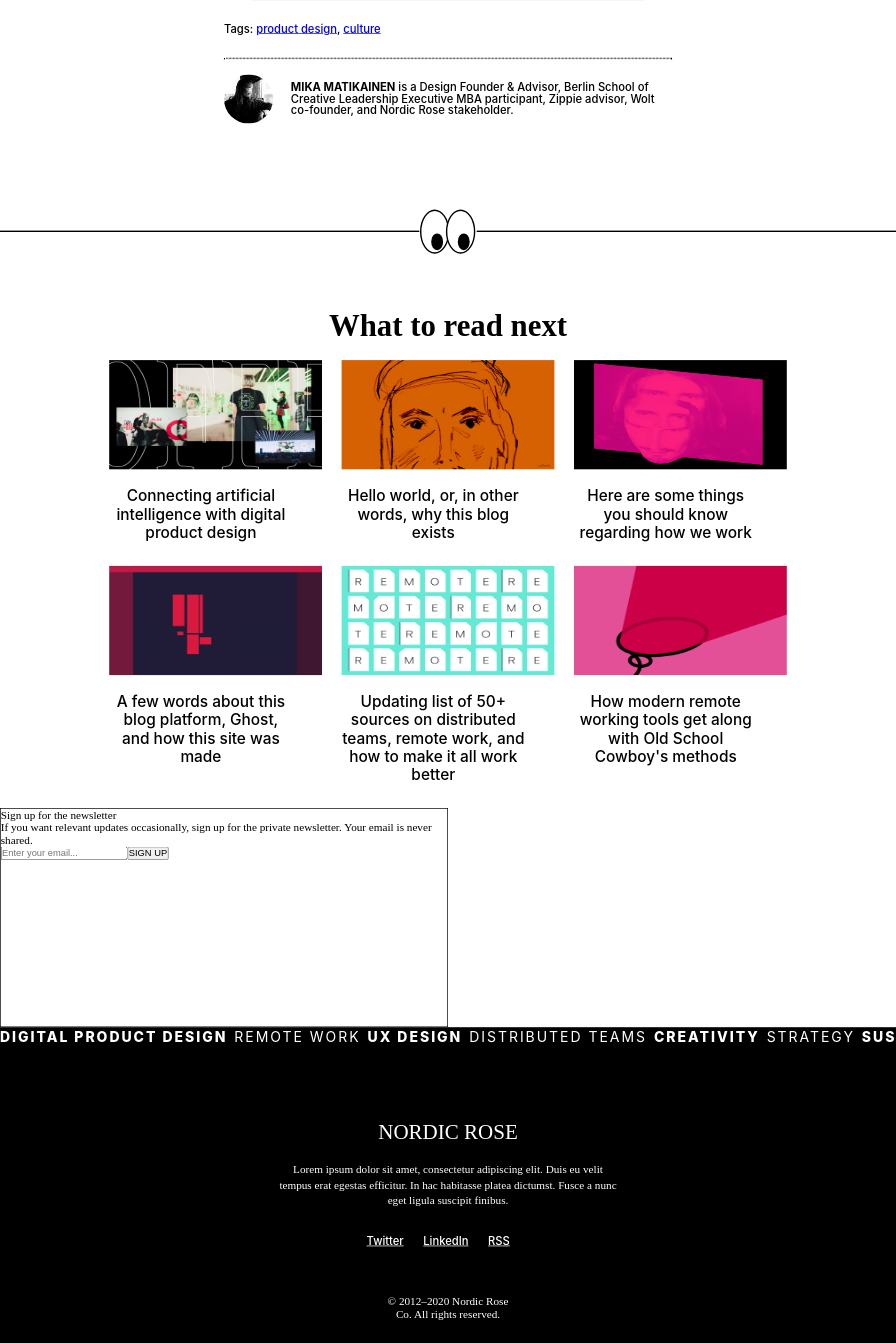
Repository: ThuTrang-jvb/JVB-BT1
Page: Page 3/article.html
These files come from the project's save history. The page is drawn as it stood at one moment and after the next save; the edit follows.
The browser window is 1280 px wide. The pictures show the part of the page from y = 3638 to 5558 px (the page is 5557 px tall before and 5558 px after), at 70% of full size.

Above is the page before, as saved 2025-06-30 10:08:11.

### Page 3/article.html
<!DOCTYPE html>
<html lang="en">
<head>
    <meta charset="UTF-8">
    <meta name="viewport" content="width=device-width, initial-scale=1.0">
    <link rel="stylesheet" href="styleArticle.css">
    <link href="https://fonts.googleapis.com/css2?family=Playfair+Display&display=swap" rel="stylesheet">
    <title>Article</title>
</head>
<body>
    <div class="header">
        <h1>NORDIC ROSE</h1>
        <div class="nav">
            <p class="active">blog</p>
            <p>about</p>
            <p>links</p>
            <p>projects</p>
        </div>
        <div class="hamburger">
            <span></span>
            <span></span>
            <span></span>
        </div>
    </div>
    <hr>
    <div class="main">
        <div class="title">
            <h1>A few words about this blog platform, Ghost, and how this site was made</h1>
            <p>Why Ghost (& Figma) instead of Medium, <br> WordPress or other options?</p>
            <img src="image/image 2.png" alt="image 2">
            <hr>
        </div>
        <div class="status">
            <div class="status_img">
                <img src="image/anh_nen.png" alt="image 3">
                <div class="status_text">
                    <p class="bold_p">Mika MAtikainen</p>
                    <p>Apr 15, 2020 · 4 min read</p>
                </div>

            </div>

            <div class="share-buttons">
                <button class="share-btn" aria-label="Share on Facebook">
                    <svg width="18" height="18" viewBox="0 0 24 24" fill="#000" xmlns="http://www.w3.org/2000/svg">
                    <path d="M22 12.07C22 6.48 17.52 2 12 2S2 6.48 2 12.07c0 5 3.66 9.13 8.44 9.93v-7.03h-2.54v-2.9h2.54V9.41c0-2.5 1.49-3.89 3.77-3.89 1.09 0 2.24.2 2.24.2v2.46h-1.26c-1.24 0-1.63.77-1.63 1.56v1.87h2.78l-.44 2.9h-2.34v7.03C18.34 21.2 22 17.07 22 12.07z"/>
                    </svg>
                </button>
                <button class="share-btn" aria-label="Share on Twitter">
                    <svg width="18" height="18" viewBox="0 0 24 24" fill="#000" xmlns="http://www.w3.org/2000/svg">
                    <path d="M22.46 6c-.77.35-1.6.58-2.46.69a4.28 4.28 0 0 0 1.88-2.36 8.56 8.56 0 0 1-2.71 1.04 4.26 4.26 0 0 0-7.26 3.88 12.09 12.09 0 0 1-8.77-4.45 4.26 4.26 0 0 0 1.32 5.69 4.23 4.23 0 0 1-1.93-.53v.05a4.26 4.26 0 0 0 3.42 4.17 4.29 4.29 0 0 1-1.92.07 4.26 4.26 0 0 0 3.98 2.96A8.54 8.54 0 0 1 2 19.54 12.07 12.07 0 0 0 8.29 21.5c7.55 0 11.68-6.26 11.68-11.68 0-.18 0-.35-.01-.53A8.36 8.36 0 0 0 22.46 6z"/>
                    </svg>
                </button>
            </div>
        </div>
        <div class="caption">
            <pre>Lorem ipsum dolor sit amet, consectetur adipiscing elit. Duis eu velit
tempus erat egestas efficitur. In hac habitasse platea dictumst. Fusce a
nunc eget ligula suscipit finibus. Aenean pharetra quis lacus at viverra.

Class aptent taciti sociosqu ad litora torquent per conubia nostra, per
inceptos himenaeos. Aliquam quis posuere ligula. In eu dui molestie, molestie
lectus eu, semper lectus.</pre>
            <h2>Next on the pipeline</h2>
            <pre>Duis eu velit tempus erat egestas efficitur. In hac habitasse platea
dictumst. Fusce a nunc eget ligula suscipit finibus. Aenean pharetra
quis lacus at viverra. Class aptent taciti sociosqu ad litora torquent per
conubia nostra, per inceptos himenaeos.

Morbi efficitur auctor metus, id mollis lorem pellentesque id. Nullam
posuere maximus dui et fringilla. </pre>
            <figure>
                <img src="image/3cc5df540f70fc0ba5d96cdc94c3d237971a9b6e.jpg" alt="Rectangle 8">
                <figcaption>Image caption centered this way and I’ll make this a bit longer to indicate the amount of line-height. </figcaption>
            </figure>
            <pre>Aenean pharetra quis lacus at viverra. Class aptent taciti sociosqu ad
litora torquent per conubia nostra, per inceptos himenaeos. Aliquam
quis posuere ligula.

In eu dui molestie, molestie lectus eu, semper lectus. Proin at justo
lacinia, auctor nisl et, consequat ante. Donec sit amet nisi arcu. Morbi
efficitur auctor metus, id mollis lorem pellentesque id. Nullam
posuere maximus dui et fringilla. Nulla non volutpat leo.</pre>
            <p>A list looks like this:</p>
            <ul>
                <li>First item in the list</li>
                <li>Second item in the list lorem ipsum dolor sit amet nunc felis dolor lorem ipsum sit amet</li>
                <li>Third item in the list</li>
            </ul>
            <p>Class aptent taciti sociosqu ad litora torquent per conubia nostra, per inceptos himenaeos. Aliquam quis posuere ligula. </p>
            <p>Thanks for reading,<br>
            Mika</p>
        </div>
        <div class="links">
            <div class="share-buttons">
                <button class="share-btn" aria-label="Share on Facebook">
                    <svg width="18" height="18" viewBox="0 0 24 24" fill="#000" xmlns="http://www.w3.org/2000/svg">
                        <path d="M22 12.07C22 6.48 17.52 2 12 2S2 6.48 2 12.07c0 5 3.66 9.13 8.44 9.93v-7.03h-2.54v-2.9h2.54V9.41c0-2.5 1.49-3.89 3.77-3.89 1.09 0 2.24.2 2.24.2v2.46h-1.26c-1.24 0-1.63.77-1.63 1.56v1.87h2.78l-.44 2.9h-2.34v7.03C18.34 21.2 22 17.07 22 12.07z"/>
                        <span>Share on Facebook</span>
                    </svg>
                </button>
                <button class="share-btn" aria-label="Share on Twitter">
                    <svg width="18" height="18" viewBox="0 0 24 24" fill="#000" xmlns="http://www.w3.org/2000/svg">
                    <path d="M22.46 6c-.77.35-1.6.58-2.46.69a4.28 4.28 0 0 0 1.88-2.36 8.56 8.56 0 0 1-2.71 1.04 4.26 4.26 0 0 0-7.26 3.88 12.09 12.09 0 0 1-8.77-4.45 4.26 4.26 0 0 0 1.32 5.69 4.23 4.23 0 0 1-1.93-.53v.05a4.26 4.26 0 0 0 3.42 4.17 4.29 4.29 0 0 1-1.92.07 4.26 4.26 0 0 0 3.98 2.96A8.54 8.54 0 0 1 2 19.54 12.07 12.07 0 0 0 8.29 21.5c7.55 0 11.68-6.26 11.68-11.68 0-.18 0-.35-.01-.53A8.36 8.36 0 0 0 22.46 6z"/>
                    <span>Share on Twitter</span>
                    </svg>
                </button>
            </div>
        </div>
        <div class="tag">
            <p>Tags: <a href="#">product design</a>, <a href="#">culture</a></p>
            <hr>
            <div class="status_tag">
                <img src="image/anh_nen.png" alt="image 3">
                <div class="status_text_end">
                    <p> <b>MIKA MATIKAINEN</b> is a Design Founder & Advisor, Berlin School of Creative Leadership Executive MBA participant, Zippie advisor, Wolt co-founder, and Nordic Rose stakeholder.  </p>
                </div>

            </div>
        </div>
    </div>
    <div class="divider">
        <div class="path"></div>
        <div class="eyes">
            <div class="eye eye-left">
                <div class="pupil"></div>
            </div>
            <div class="eye eye-right">
                <div class="pupil"></div>
            </div>
        </div>
        <div class="path"></div>
    </div>
    <div>
        <h3>What to read next</h3>
        <div class="image">
            <div class="image_line">
                <img src="image/image1.png" alt="Rectangle 4">
                <p>Connecting artificial intelligence with digital product design</p>
            </div>
            <div class="image_line">
                <img src="image/image2.png" alt="Rectangle 11">
                <p>Hello world, or, in other words, why this blog exists</p>
            </div>
            <div class="image_line">
                <img src="image/image.png" alt="Rectangle 10">
                <p>Here are some things you should know regarding how we work </p>
            </div>
        </div>
        <div class="image_desktop">
            <div class="image_line">
                <img src="image/image13.png" alt="Rectangle 37">
                <p>A few words about this blog platform, Ghost, and how this site was made</p>
            </div>
            <div class="image_line">
                <img src="image/image12.png" alt="Rectangle 39">
                <p>Updating list of 50+ sources on distributed teams, remote work, and how to make it all work better</p>
            </div>
            <div class="image_line">
                <img src="image/image11.png" alt="Rectangle 38">
                <p>How modern remote working tools get along with Old School Cowboy's methods</p>
            </div>
        </div>
    </div>
    <div class="frame">
        <p>Sign up for the newsletter</p>
        <p>If you want relevant updates occasionally, sign up for the private newsletter. Your email is never shared. </p>
        <div class="email">
            <input type="email" placeholder="Enter your email...">
            <button>SIGN UP</button>
        </div>
    </div>



    <div class="footer">
        <div class="line-wrap">
            <div class="line">
                <span class="bold">Digital product design</span>
                <span>Remote work</span>
                <span class="bold">UX design</span>
                <span>Distributed teams</span>
                <span class="bold">Creativity</span>
                <span>Strategy</span>
                <span class="bold">Suspense</span>
                <span>Growth</span>
            </div>
        </div>
        <p class="logo">NORDIC ROSE</p>
        <p class="para">Lorem ipsum dolor sit amet, consectetur adipiscing elit. Duis eu velit tempus erat egestas efficitur. In hac habitasse platea dictumst. Fusce a nunc eget ligula suscipit finibus. </p>
        <div class="info">
            <p>Twitter</p>
            <p>LinkedIn</p>
            <p>RSS</p>
        </div>
        <p class="year">© 2012–2020 Nordic Rose Co. All rights reserved. </p>
    </div>
</body>
</html>

### Page 3/styleArticle.css
 * {
    margin: 0;
    padding: 0;
    box-sizing: border-box;
 }
.header {
    width: 100%;
    max-width: 1440px;
    height: auto;
    box-sizing: border-box;
    justify-content: space-between;
    align-items: center;
    display: flex;
    gap: 476.59px;
    padding: 52.54px 61px 40px 63.58px;
    height: 134px;
}
.header h1 {
    font-weight: 400;
    font-size: 30px;
}
.hamburger {
  display: none;
  flex-direction: column;
  gap: 5px;
  cursor: pointer;
}

.hamburger span {
  width: 25px;
  height: 3px;
  background-color: black;
  display: block;
  border-radius: 2px;
}
.nav {
    display: flex;
    justify-content: center;
    gap: 34px;
}
.nav p {
    position: relative;
    font-family: New York Small;
    font-weight: 500;
    font-size: 20px;
    line-height: 170%;
    letter-spacing: 2.8px;
    text-align: center;
    text-transform: uppercase;
    margin: 0;
    text-decoration: none;

}

.nav p.active::after {
    content: "";
    position: absolute;
    bottom: -43px;
    left: 50%;
    transform: translateX(-50%);
    width: 50px;
    height: 2px;
    background-color: #000;
}

hr {
  width: 100vw;
  border: none;
  border-top: 1px solid #ccc;
  margin: 0;
}
.title img {
    width: 100vw;
    height: auto;
    display: block;
    padding-bottom: 44px;
    margin: 0 auto;
}
.title h1 {
    font-family: New York Extra Large;
    font-weight: 700;
    font-size: 54px;
    line-height: 100%;
    letter-spacing: 0%;
    text-align: center;
    margin: 0 auto;
    max-width: 858px;
    padding-top: 52px;
    padding-bottom: 32px;
}
.title p {
    font-family: SF Mono;
    font-weight: 400;
    font-size: 20px;
    line-height: 170%;
    letter-spacing: 0%;
    text-align: center;
    max-width: 592px;
    margin: 0 auto;
    padding-bottom: 52px;

}
.title hr {
    border: 2px solid #000000;
    width: 640px;
    display: block;
    margin: 0 auto;
}
.status_img img {
    width: 56px;
    height: 56px;
    object-fit: cover;
    border-radius: 50%;
}
.share-buttons {
    display: flex;
    border: 2px solid #e0e0e0;
    border-radius: 5px;
    overflow: hidden;
    width: fit-content;
    background-color: #fff;
    margin-left: 273px;
    margin-top: 1px;
}
.share-btn {
    border: none;
    padding: 12.04px 25px;
    background: transparent;
    cursor: pointer;
    display: flex;
    align-items: center;
    justify-content: center;
    outline: none;
    gap: 16px;
}

.share-btn + .share-btn {
    border-left: 1px solid #e0e0e0;
}

.share-btn svg {
    width: 20px;
    height: 20px;
}
.status {
    display: flex;
    justify-content: center;
    align-items: center;
}
.status_img {
    display: flex;
    align-items: center;
    gap: 5px;
    padding-top: 24px;
    padding-bottom: 53px;
}
.bold_p {
    max-width: 191px;
    font-family: SF Pro Text;
    font-weight: 700;
    font-size: 16px;
    line-height: 100%;
    letter-spacing: 5%;
    text-transform: uppercase;
}
.status_text p {
    font-family: SF Pro Text;
    font-weight: 400;
    font-size: 16px;
    line-height: 100%;
    letter-spacing: 0%;
}
.status_text {
    padding-top: 5px;
}
.caption pre{
    text-align: left;
    margin: 0 auto;
    max-width: 640px;
    font-family: 'SF Pro Text', 'New York Medium', serif;
    font-weight: 400;
    font-size: 20px;
    line-height: 170%;
    letter-spacing: 0%;

}

.caption h2 {
    font-family: SF Pro Display;
    font-weight: 700;
    font-size: 32px;
    line-height: 160%;
    letter-spacing: 0%;
    padding-top: 57px;
    padding-bottom: 24px;
    text-align: left;
    max-width: 640px;
    margin: 0 auto;
}
.caption img {
    width: 854px;
    height: 570px;
    display: block;
    margin: 0 auto;
    padding-top: 52px;
    padding-bottom: 12px;
}
figcaption {
    max-width: 481px;
    text-align: center;
    margin: 0 auto;
    padding-bottom: 52px;
}
.caption p {
    font-family: New York Medium;
    font-weight: 400;
    font-size: 20px;
    line-height: 170%;
    letter-spacing: 0%;
    text-align: left;
    margin: 0 auto;
    max-width: 640px;
    padding-top: 52px;
}
li {
    font-family: New York Medium;
    font-weight: 400;
    font-size: 20px;
    line-height: 170%;
    letter-spacing: 0%;
    text-align: left;
    margin: 0 auto;
    max-width: 588px;
}
ul {
    padding-top: 19px;
}
.links {
    display: block;
    margin: 0 auto;
    padding-top: 77px;

}
.links .share-buttons{
    margin: 0 auto;
}
.links .share-btn {
    padding: 19px 70px;
}
.tag p {
    max-width: 640px;
    text-align: left;
    margin: 0 auto;
    padding-top: 32px;
    padding-bottom: 34px;
    font-family: SF Pro Text;
    font-weight: 500;
    font-size: 16px;
    line-height: 100%;
    letter-spacing: 3%;

}
.tag hr {
    border: 1px dotted #000000;
    width: 640px;
    display: block;
    margin: 0 auto;
}
.status_text_end {
    display: flex;
    max-width: 543px;
    text-align: left;
    margin: 0 auto;
    font-family: SF Pro Text;
    font-weight: 400;
    font-size: 16px;
    line-height: 160%;
    letter-spacing: 5%;

}
.status_tag img {
    width: 70px;
    height: 70px;
    object-fit: cover;
    border-radius: 50%;
}
.status_tag {
    display: flex;
    align-items: center;
    gap: 24px;
    max-width: 640px;
    margin: 0 auto;
}



.footer {
    background-color: #000000;
    color: white;
    text-align: center;
    padding-bottom:32px;
}
.bold {
    font-weight: 800;
}
.line {
    display: flex;
    flex-wrap: nowrap;
    overflow-x: auto;
    max-width: 100%;
    letter-spacing: 2.8px;
    white-space: nowrap;
    padding-bottom: 105.12px;
    scrollbar-width: none;
    gap: 10px;
}
.line::-webkit-scrollbar {
    display: none;
}
.line-wrapper {
  width: 100vw;
  overflow-x: auto;
}
.line span {
    font-family: SF Pro Text;
      font-size: 20px;
      color: #fff;
      text-transform: uppercase;
      display: inline-flex;
      flex-wrap: nowrap;
      justify-content: center;
      flex-shrink: 0;
      line-height: 28px;
}
    .divider {
      display: flex;
      align-items: center;
      justify-content: center;
      margin: 100px 0 40.71px;
    }

    .path {
      flex: 1;
      height: 2.5px;
      background-color: black;
    }

    .eyes {
      display: flex;
      width: 82px;
      height: 64px;
      align-items: center;
      position: relative;
    }

    .eye {
      width: 42.29px;
      height: 62.86px;
      background: white;
      border: 2.5px solid black;
      border-radius: 50%;
      position: absolute;
    }

    .eye-left {
      left: 0.5px;
    }

    .eye-right {
      left: 38px;
    }

    .pupil {
      width: 17.14px;
      height: 24.29px;
      background: black;
      border-radius: 50%;
      position: absolute;
      top: 55%;
      left: 38%;
    }
.image, .image_desktop {
    display: grid;
    grid-template-columns: repeat(3, 0fr);
    justify-content: center;
    gap: 28px
}
.image_line img {
    width: 304px;
    height: 176px;
    padding-bottom: 20px;
}
.image_line p {
    font-family: SF Pro Display;
    font-weight: 500;
    font-size: 22px;
    line-height: 120%;
    letter-spacing: 0%;
    text-align: center;
    max-width: 262px;
    padding-bottom: 34px;
}
h3 {
    font-family: New York Extra Large;
    font-weight: 700;
    font-size: 44px;
    line-height: 100%;
    letter-spacing: 0%;
    text-align: center;
    padding-top: 40.71px;
    padding-bottom: 27px;
}
.email {
    display: flex;
}
.frame {
    width: 640px;
    height: 313px;
    border: 1px solid #000000

}










.footer h1 {
    padding-bottom: 25.58px;
}
.para {
    font-family: New York Small;
    font-weight: 400;
    font-size: 16px;
    line-height: 140%;
    text-align: center;
    max-width: 488px;
    padding-bottom: 32px;
    margin: 0 auto;
}
.info {
    display: flex;
    justify-content: center;
    max-width: 209px;
    padding-bottom: 64px;
    margin: 0 auto;
}

.info p {
    margin: 0;
    font-family: SF Pro Text;
    font-weight: 500;
    font-size: 16px;
    line-height: 170%;
    text-decoration: underline;
    padding-right: 28px;
}
.logo {
    margin: 0;
    font-weight: 400;
    font-size: 30px;
    padding-bottom: 25.58px;
}
.footer .year {
    max-width: 178px;
    text-align: center;
    margin: 0 auto;
}
@media screen and (max-width: 767px) {
    .header {
        padding: 24px 20px;
        gap: 0;
    }

    .nav {
        display: none;
    }

    .hamburger {
        display: flex;
    }
    hr {
        width: 100%;
    }
    .main {
        padding: 52px 0 0 0;
    }

    .title img {
        width: 100%;
        height: auto;
        display: block;
        margin: 0;
    }

    .title h1 {
        font-size: 36px;
        max-width: 100%;
        text-align: center;
        padding-bottom: 24px;
        margin: 0 auto;
    }

    .title p {
        font-size: 16px;
        max-width: 90%;
        text-align: center;
        padding-bottom: 36px;
    }

    .title hr {
        width: 90%;

    }




    .line {
        margin: 0;
        padding-bottom: 32px;
        justify-content: flex-start;
        max-width: 100vw;
        overflow-x: auto;
    }

    .line span {
        font-size: 14px;
        line-height: 24px;
    }

    .logo {
        font-size: 20px;
        padding-bottom: 16px;
    }

    .para {
        font-size: 14px;
        padding-bottom: 32px;
        margin: 0 auto;
        max-width: 90%;
    }

    .info {
        justify-content: center;
        gap: 16px;
        font-size: 14px;
        padding-bottom: 64px;
        max-width: 100%;
    }

    .footer .year {
        font-size: 12px;
        padding: 0 16px;
    }
}

After the next save:
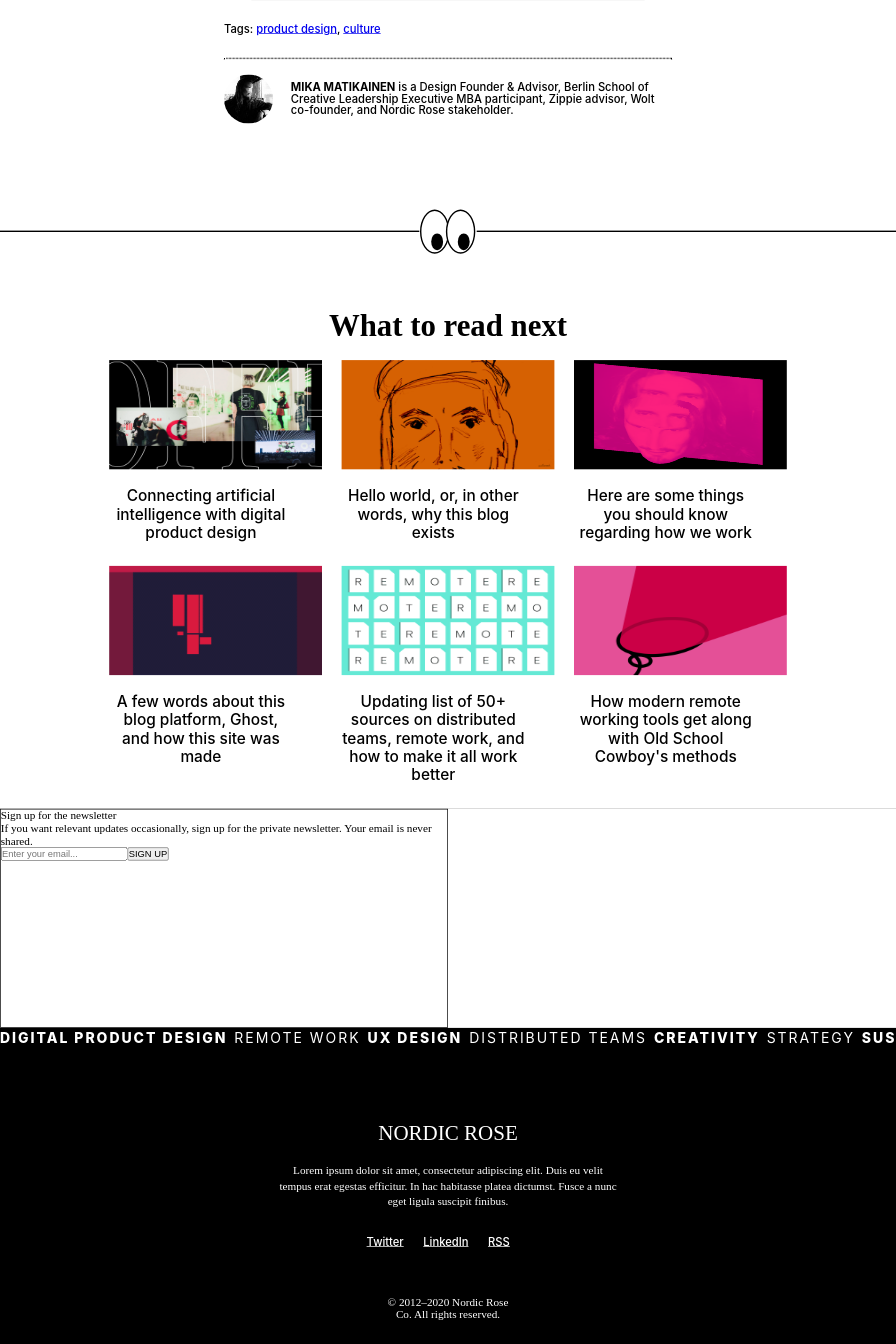
Saved 37 s later.
--- a/Page 3/article.html
+++ b/Page 3/article.html
@@ -162,6 +162,7 @@ posuere maximus dui et fringilla. Nulla non volutpat leo.</pre>
             </div>
         </div>
     </div>
+    <hr>
     <div class="frame">
         <p>Sign up for the newsletter</p>
         <p>If you want relevant updates occasionally, sign up for the private newsletter. Your email is never shared. </p>
